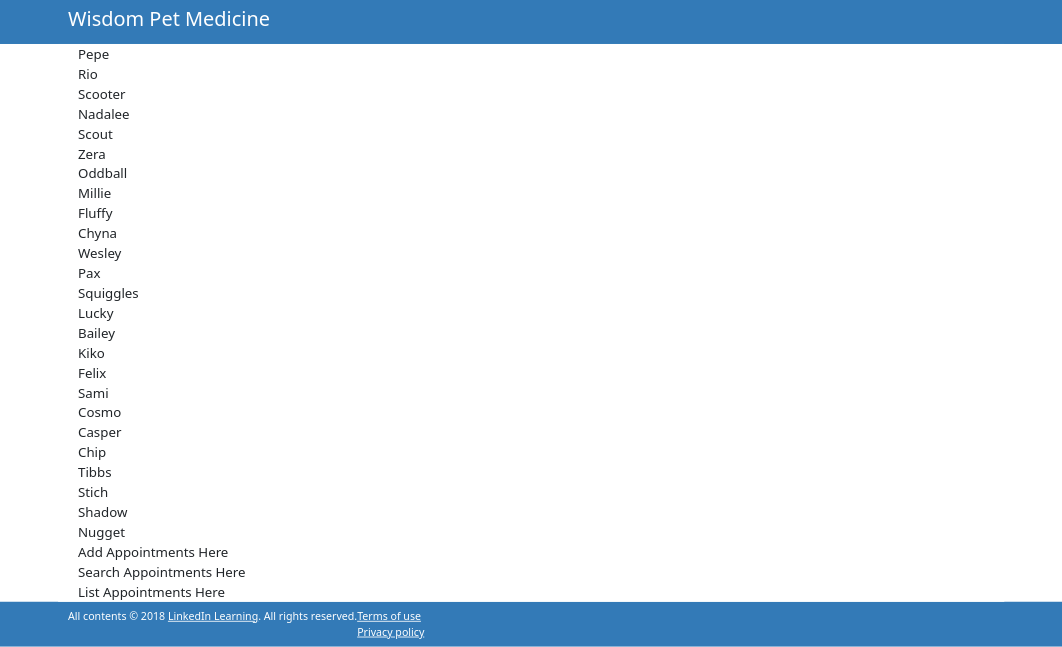
Repository: DevLuDaley/reactinterface
Page: /
An editor plug-in stored every save of this project. The page is shown before and after a run of saves, followed by the edit.
The browser window is 1280 px wide. The pictures show the whole page, at 83% of full size.
The project was rebuilt for these pictures with package versions that can differ from the ones it lists, and the page was loaded fresh each time. Also part of the build but not shown: src/css/App.css.

Above is the page before, as saved 2021-02-04 17:52:08.

After the next 2 saves:
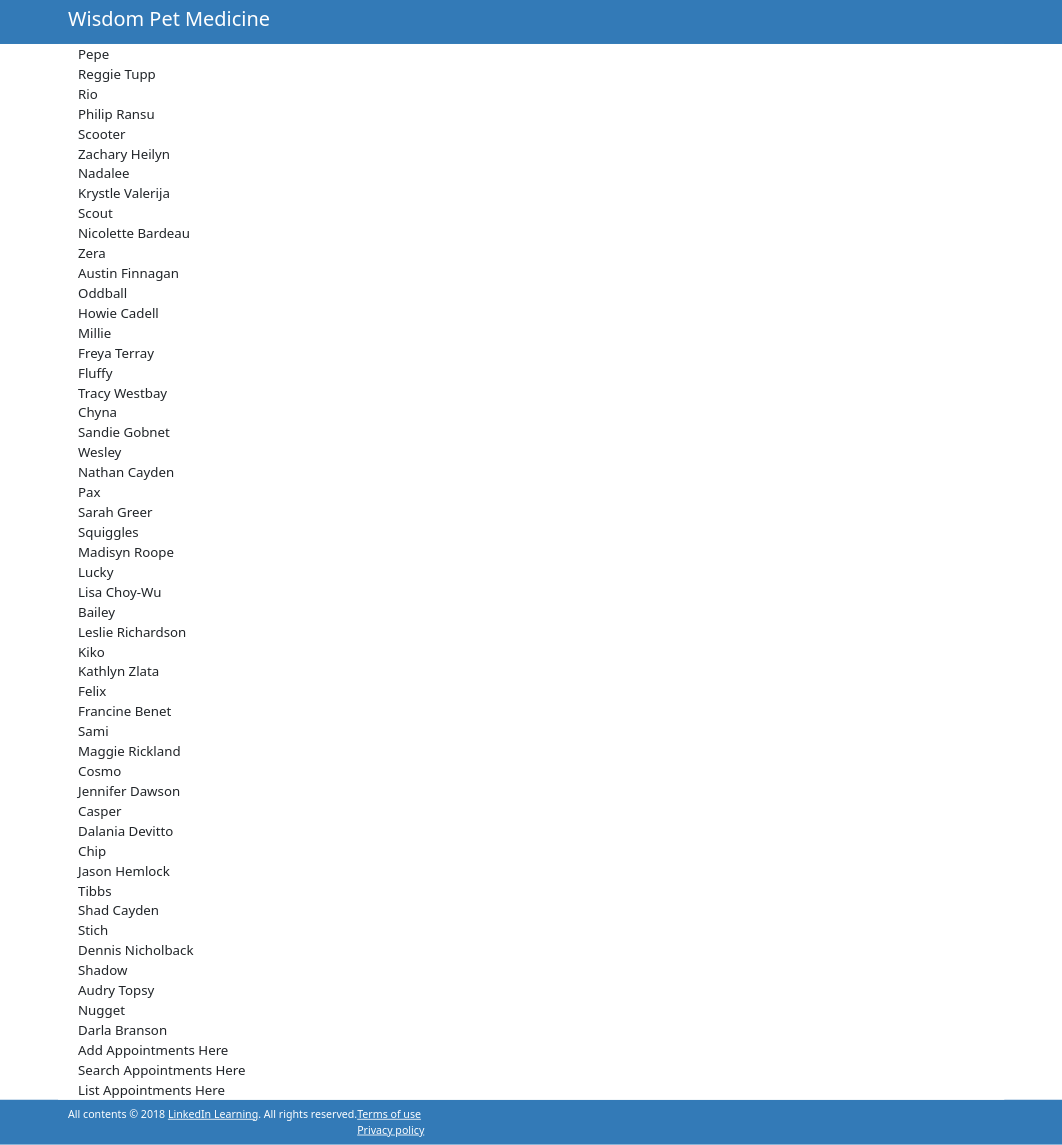
The 2 saves are shown as one change because 1 did not build or start.
The last was saved 95 s later.
--- a/src/components/App.js
+++ b/src/components/App.js
@@ -29,8 +29,10 @@ class App extends Component {
   render() {
     const listItems = this.state.myAppointments.map(item => (
       <div>
-        {item.petName}
-        {/* {item.ownerName} */}
+        <div>
+          {item.petName}
+        </div>
+          <div>{item.ownerName}</div>
       </div>
     ))
     return (
